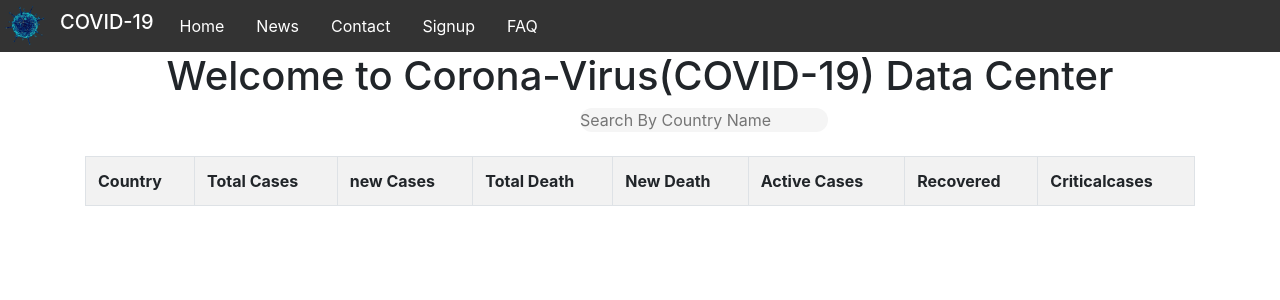
Repository: xthashankar/COVID-19-data-
Page: index.html
An editor plug-in stored every save of this project. The page is shown before and after the next save, followed by the edit.
The browser window is 1280 px wide. The pictures show the whole page.
The page's requests for data from a server got no answer.

Above is the page before, as saved 2020-04-15 18:54:45.

After the next save:
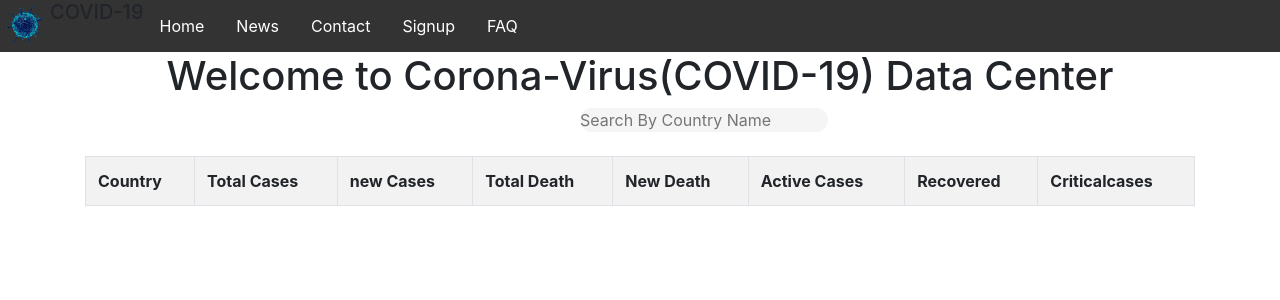
Saved 11 s later.
--- a/css/styles.css
+++ b/css/styles.css
@@ -105,7 +105,7 @@ img{
   .dropdown:hover .dropdown-content {
     display: block;
   }
-  .nav h5{
+  .nav h4{
     margin: 10px;
     float: right;
 	color: white;
